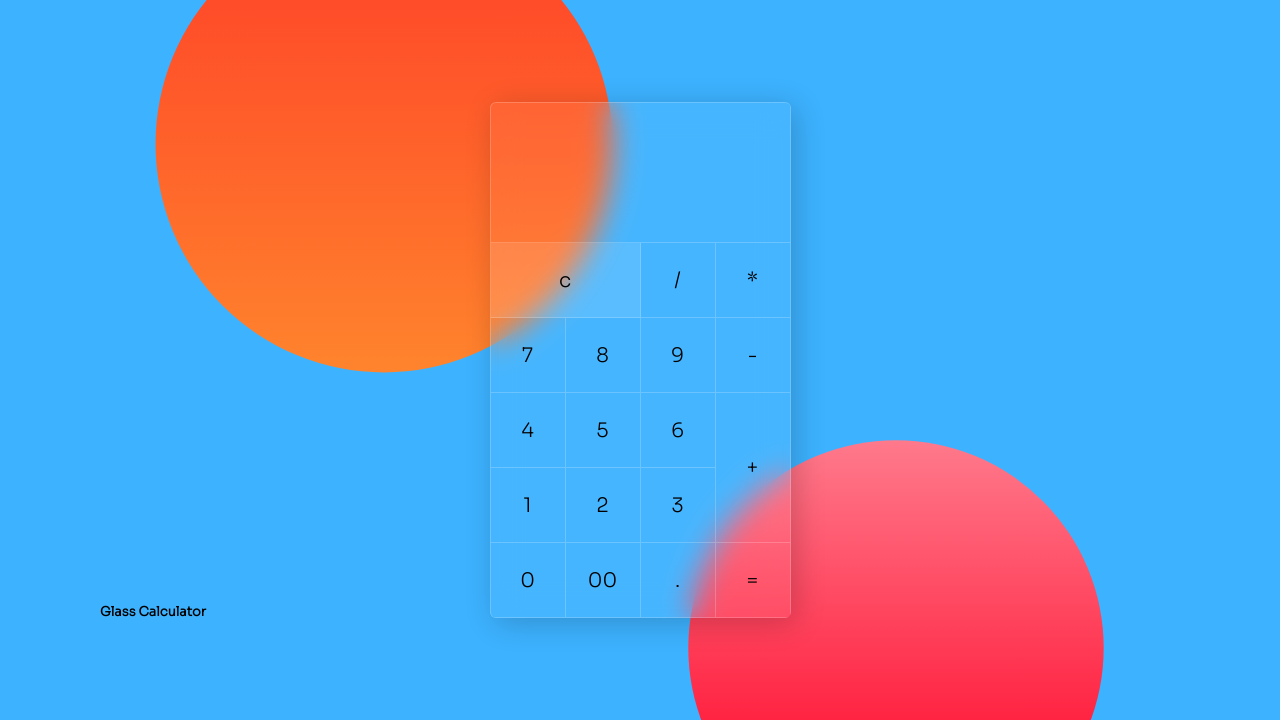
Repository: tharunkumaar404/Glass-Calci
Page: index.html
The author's editor kept a copy of each file at every save. The page is drawn from the files as they stood at one save, then again after the next save.
The browser window is 1280 px wide. The pictures show the whole page.

Above is the page before, as saved 2021-08-26 15:14:58.

### index.html
<!DOCTYPE html>
<html lang="en">
<head>
    <meta charset="UTF-8">
    <meta http-equiv="X-UA-Compatible" content="IE=edge">
    <meta name="viewport" content="width=device-width, initial-scale=1.0">
    <title>Calculator</title>
    <link rel="stylesheet" href="styles.css">
</head>
<body>
    <div class="container">
        <form class="calculator" name="calc">
            <input type="text" readonly class="value" name="txt"/>
            <span class="num clear" onclick="calc.txt.value = ''">c</span>
            <span class="num" onclick="document.calc.txt.value +='/'">/</span>
            <span class="num" onclick="document.calc.txt.value +='*'">*</span>
            <span class="num" onclick="document.calc.txt.value +='7'">7</span>
            <span class="num" onclick="document.calc.txt.value +='8'">8</span>
            <span class="num" onclick="document.calc.txt.value +='9'">9</span>
            <span class="num" onclick="document.calc.txt.value +='-'">-</span>
            <span class="num" onclick="document.calc.txt.value +='4'">4</span>
            <span class="num " onclick="document.calc.txt.value +='5'">5</span>
            <span class="num" onclick="document.calc.txt.value +='6'">6</span>
            <span class="num plus" onclick="document.calc.txt.value +='+'">+</span>
            <span class="num" onclick="document.calc.txt.value +='1'">1</span>
            <span class="num" onclick="document.calc.txt.value +='2'">2</span>
            <span class="num" onclick="document.calc.txt.value +='3'">3</span>
            <span class="num" onclick="document.calc.txt.value +='0'">0</span>
            <span class="num" onclick="document.calc.txt.value +='00'">00</span>
            <span class="num" onclick="document.calc.txt.value +='.'"">.</span>
            <span class="num equal" onclick="document.calc.txt.value =eval(calc.txt.value)">=</span>
        </form>
    </div>
    <h1>Glass Calculator</h1>
    <script type="text/javascript" src="vanilla-tilt.js"></script>
    <script type="text/javascript">
    	VanillaTilt.init(document.querySelector(".container"), {
    		max: 15,
    		speed: 400,
            glare: true,
            "max-glare":0.2,
            gyroscope:true,
    	});
    </script>
</body>
</html>

### styles.css
@import url('https://fonts.googleapis.com/css2?family=Sora:wght@300&display=swap');

*{
    margin: 0;
    padding: 0;
    box-sizing: border-box;
    font-family: 'Sora', sans-serif;
}

body{
display:flex;
justify-content: center;
align-items: center;
min-height: 100vh;
background: #3DB2FF;
}

body::before{
    content: '';
    position: absolute;
    top: 0;
    left:0;
    width: 100%;
    height:100%;
    background:linear-gradient(#FF4C29,#FFB830);
    clip-path: circle(22% at 30% 20%);
}
body::after{
    content: '';
    position: absolute;
    top: 0;
    left:0;
    width: 100%;
    height:100%;
    background:linear-gradient(#fff,#FF2442);
    clip-path: circle(20% at 70% 90%);
}

.container{
    position:relative;
    background: rgba(255,255,255,0.05);
    border-radius: 6px;
    overflow: hidden;
    z-index:10;
    backdrop-filter: blur(15px);
    border-top: 1px solid rgba(255,255,255,0.2);
    border-left:1px solid rgba(255,255,255,0.2);
    box-shadow: 5px 5px 30px rgba(0,0,0,0.2);

}

.container .calculator{
    position:relative;
    display:grid;

}

.container .calculator .value{
    grid-column: span 4;
    height: 140px;
    width:300px;
    text-align:right;
    border:none;
    outline:none;
    padding:10px;
    font-size:30px;
    background: transparent;
    color: #000;
    border-bottom: 1px solid rgba(255,255,255,0.2);
    border-right:1px solid rgba(255,255,255,0.2);


}
.container .calculator span {
    display:grid;
    place-items:center;
    height: 75px;
    width:75px;
    color:black;
    cursor:pointer;
    font-weight:400;
    font-size:20px;
    user-select:none;
    border-bottom: 1px solid rgba(255,255,255,0.2);
    border-right:1px solid rgba(255,255,255,0.2);
    transition: 0.5s;


}
.container .calculator span:hover{
    transition: 0s;
    background: rgba(255,255,255,0.2);
}

.container .calculator span:active{
    background: #3DB2FF;
    color: #F7F3E9;
    font-size: 24px;
    font-weight: 500;

}
.container .calculator .clear{
    grid-column: span 2;
    width:150px;
    background: rgba(255,255,255,0.1);
}
.container .calculator .plus{
grid-row: span 2;
height:150px;
}

h1{
    position: absolute;
    left:100px;
    bottom:100px;
    font-size: small;
}

### vanilla-tilt.js
var VanillaTilt = (function () {
'use strict';

/**
 * Created by Sergiu Șandor (micku7zu) on 1/27/2017.
 * Original idea: https://github.com/gijsroge/tilt.js
 * MIT License.
 * Version 1.7.1
 */

class VanillaTilt {
  constructor(element, settings = {}) {
    if (!(element instanceof Node)) {
      throw ("Can't initialize VanillaTilt because " + element + " is not a Node.");
    }

    this.width = null;
    this.height = null;
    this.clientWidth = null;
    this.clientHeight = null;
    this.left = null;
    this.top = null;

    // for Gyroscope sampling
    this.gammazero = null;
    this.betazero = null;
    this.lastgammazero = null;
    this.lastbetazero = null;

    this.transitionTimeout = null;
    this.updateCall = null;
    this.event = null;

    this.updateBind = this.update.bind(this);
    this.resetBind = this.reset.bind(this);

    this.element = element;
    this.settings = this.extendSettings(settings);

    this.reverse = this.settings.reverse ? -1 : 1;
    this.glare = VanillaTilt.isSettingTrue(this.settings.glare);
    this.glarePrerender = VanillaTilt.isSettingTrue(this.settings["glare-prerender"]);
    this.fullPageListening = VanillaTilt.isSettingTrue(this.settings["full-page-listening"]);
    this.gyroscope = VanillaTilt.isSettingTrue(this.settings.gyroscope);
    this.gyroscopeSamples = this.settings.gyroscopeSamples;

    this.elementListener = this.getElementListener();

    if (this.glare) {
      this.prepareGlare();
    }

    if (this.fullPageListening) {
      this.updateClientSize();
    }

    this.addEventListeners();
    this.updateInitialPosition();
  }

  static isSettingTrue(setting) {
    return setting === "" || setting === true || setting === 1;
  }

  /**
   * Method returns element what will be listen mouse events
   * @return {Node}
   */
  getElementListener() {
    if (this.fullPageListening) {
      return window.document;
    }

    if (typeof this.settings["mouse-event-element"] === "string") {
      const mouseEventElement = document.querySelector(this.settings["mouse-event-element"]);

      if (mouseEventElement) {
        return mouseEventElement;
      }
    }

    if (this.settings["mouse-event-element"] instanceof Node) {
      return this.settings["mouse-event-element"];
    }

    return this.element;
  }

  /**
   * Method set listen methods for this.elementListener
   * @return {Node}
   */
  addEventListeners() {
    this.onMouseEnterBind = this.onMouseEnter.bind(this);
    this.onMouseMoveBind = this.onMouseMove.bind(this);
    this.onMouseLeaveBind = this.onMouseLeave.bind(this);
    this.onWindowResizeBind = this.onWindowResize.bind(this);
    this.onDeviceOrientationBind = this.onDeviceOrientation.bind(this);

    this.elementListener.addEventListener("mouseenter", this.onMouseEnterBind);
    this.elementListener.addEventListener("mouseleave", this.onMouseLeaveBind);
    this.elementListener.addEventListener("mousemove", this.onMouseMoveBind);

    if (this.glare || this.fullPageListening) {
      window.addEventListener("resize", this.onWindowResizeBind);
    }

    if (this.gyroscope) {
      window.addEventListener("deviceorientation", this.onDeviceOrientationBind);
    }
  }

  /**
   * Method remove event listeners from current this.elementListener
   */
  removeEventListeners() {
    this.elementListener.removeEventListener("mouseenter", this.onMouseEnterBind);
    this.elementListener.removeEventListener("mouseleave", this.onMouseLeaveBind);
    this.elementListener.removeEventListener("mousemove", this.onMouseMoveBind);

    if (this.gyroscope) {
      window.removeEventListener("deviceorientation", this.onDeviceOrientationBind);
    }

    if (this.glare || this.fullPageListening) {
      window.removeEventListener("resize", this.onWindowResizeBind);
    }
  }

  destroy() {
    clearTimeout(this.transitionTimeout);
    if (this.updateCall !== null) {
      cancelAnimationFrame(this.updateCall);
    }

    this.reset();

    this.removeEventListeners();
    this.element.vanillaTilt = null;
    delete this.element.vanillaTilt;

    this.element = null;
  }

  onDeviceOrientation(event) {
    if (event.gamma === null || event.beta === null) {
      return;
    }

    this.updateElementPosition();

    if (this.gyroscopeSamples > 0) {
      this.lastgammazero = this.gammazero;
      this.lastbetazero = this.betazero;

      if (this.gammazero === null) {
        this.gammazero = event.gamma;
        this.betazero = event.beta;
      } else {
        this.gammazero = (event.gamma + this.lastgammazero) / 2;
        this.betazero = (event.beta + this.lastbetazero) / 2;
      }

      this.gyroscopeSamples -= 1;
    }

    const totalAngleX = this.settings.gyroscopeMaxAngleX - this.settings.gyroscopeMinAngleX;
    const totalAngleY = this.settings.gyroscopeMaxAngleY - this.settings.gyroscopeMinAngleY;

    const degreesPerPixelX = totalAngleX / this.width;
    const degreesPerPixelY = totalAngleY / this.height;

    const angleX = event.gamma - (this.settings.gyroscopeMinAngleX + this.gammazero);
    const angleY = event.beta - (this.settings.gyroscopeMinAngleY + this.betazero);

    const posX = angleX / degreesPerPixelX;
    const posY = angleY / degreesPerPixelY;

    if (this.updateCall !== null) {
      cancelAnimationFrame(this.updateCall);
    }

    this.event = {
      clientX: posX + this.left,
      clientY: posY + this.top,
    };

    this.updateCall = requestAnimationFrame(this.updateBind);
  }

  onMouseEnter() {
    this.updateElementPosition();
    this.element.style.willChange = "transform";
    this.setTransition();
  }

  onMouseMove(event) {
    if (this.updateCall !== null) {
      cancelAnimationFrame(this.updateCall);
    }

    this.event = event;
    this.updateCall = requestAnimationFrame(this.updateBind);
  }

  onMouseLeave() {
    this.setTransition();

    if (this.settings.reset) {
      requestAnimationFrame(this.resetBind);
    }
  }

  reset() {
    this.event = {
      clientX: this.left + this.width / 2,
      clientY: this.top + this.height / 2
    };

    if (this.element && this.element.style) {
      this.element.style.transform = `perspective(${this.settings.perspective}px) ` +
        `rotateX(0deg) ` +
        `rotateY(0deg) ` +
        `scale3d(1, 1, 1)`;
    }

    this.resetGlare();
  }

  resetGlare() {
    if (this.glare) {
      this.glareElement.style.transform = "rotate(180deg) translate(-50%, -50%)";
      this.glareElement.style.opacity = "0";
    }
  }

  updateInitialPosition() {
    if (this.settings.startX === 0 && this.settings.startY === 0) {
      return;
    }

    this.onMouseEnter();

    if (this.fullPageListening) {
      this.event = {
        clientX: (this.settings.startX + this.settings.max) / (2 * this.settings.max) * this.clientWidth,
        clientY: (this.settings.startY + this.settings.max) / (2 * this.settings.max) * this.clientHeight
      };
    } else {
      this.event = {
        clientX: this.left + ((this.settings.startX + this.settings.max) / (2 * this.settings.max) * this.width),
        clientY: this.top + ((this.settings.startY + this.settings.max) / (2 * this.settings.max) * this.height)
      };
    }


    let backupScale = this.settings.scale;
    this.settings.scale = 1;
    this.update();
    this.settings.scale = backupScale;
    this.resetGlare();
  }

  getValues() {
    let x, y;

    if (this.fullPageListening) {
      x = this.event.clientX / this.clientWidth;
      y = this.event.clientY / this.clientHeight;
    } else {
      x = (this.event.clientX - this.left) / this.width;
      y = (this.event.clientY - this.top) / this.height;
    }

    x = Math.min(Math.max(x, 0), 1);
    y = Math.min(Math.max(y, 0), 1);

    let tiltX = (this.reverse * (this.settings.max - x * this.settings.max * 2)).toFixed(2);
    let tiltY = (this.reverse * (y * this.settings.max * 2 - this.settings.max)).toFixed(2);
    let angle = Math.atan2(this.event.clientX - (this.left + this.width / 2), -(this.event.clientY - (this.top + this.height / 2))) * (180 / Math.PI);

    return {
      tiltX: tiltX,
      tiltY: tiltY,
      percentageX: x * 100,
      percentageY: y * 100,
      angle: angle
    };
  }

  updateElementPosition() {
    let rect = this.element.getBoundingClientRect();

    this.width = this.element.offsetWidth;
    this.height = this.element.offsetHeight;
    this.left = rect.left;
    this.top = rect.top;
  }

  update() {
    let values = this.getValues();

    this.element.style.transform = "perspective(" + this.settings.perspective + "px) " +
      "rotateX(" + (this.settings.axis === "x" ? 0 : values.tiltY) + "deg) " +
      "rotateY(" + (this.settings.axis === "y" ? 0 : values.tiltX) + "deg) " +
      "scale3d(" + this.settings.scale + ", " + this.settings.scale + ", " + this.settings.scale + ")";

    if (this.glare) {
      this.glareElement.style.transform = `rotate(${values.angle}deg) translate(-50%, -50%)`;
      this.glareElement.style.opacity = `${values.percentageY * this.settings["max-glare"] / 100}`;
    }

    this.element.dispatchEvent(new CustomEvent("tiltChange", {
      "detail": values
    }));

    this.updateCall = null;
  }

  /**
   * Appends the glare element (if glarePrerender equals false)
   * and sets the default style
   */
  prepareGlare() {
    // If option pre-render is enabled we assume all html/css is present for an optimal glare effect.
    if (!this.glarePrerender) {
      // Create glare element
      const jsTiltGlare = document.createElement("div");
      jsTiltGlare.classList.add("js-tilt-glare");

      const jsTiltGlareInner = document.createElement("div");
      jsTiltGlareInner.classList.add("js-tilt-glare-inner");

      jsTiltGlare.appendChild(jsTiltGlareInner);
      this.element.appendChild(jsTiltGlare);
    }

    this.glareElementWrapper = this.element.querySelector(".js-tilt-glare");
    this.glareElement = this.element.querySelector(".js-tilt-glare-inner");

    if (this.glarePrerender) {
      return;
    }

    Object.assign(this.glareElementWrapper.style, {
      "position": "absolute",
      "top": "0",
      "left": "0",
      "width": "100%",
      "height": "100%",
      "overflow": "hidden",
      "pointer-events": "none"
    });

    Object.assign(this.glareElement.style, {
      "position": "absolute",
      "top": "50%",
      "left": "50%",
      "pointer-events": "none",
      "background-image": `linear-gradient(0deg, rgba(255,255,255,0) 0%, rgba(255,255,255,1) 100%)`,
      "width": `${this.element.offsetWidth * 2}px`,
      "height": `${this.element.offsetWidth * 2}px`,
      "transform": "rotate(180deg) translate(-50%, -50%)",
      "transform-origin": "0% 0%",
      "opacity": "0",
    });
  }

  updateGlareSize() {
    if (this.glare) {
      Object.assign(this.glareElement.style, {
        "width": `${this.element.offsetWidth * 2}`,
        "height": `${this.element.offsetWidth * 2}`,
      });
    }
  }

  updateClientSize() {
    this.clientWidth = window.innerWidth
      || document.documentElement.clientWidth
      || document.body.clientWidth;

    this.clientHeight = window.innerHeight
      || document.documentElement.clientHeight
      || document.body.clientHeight;
  }

  onWindowResize() {
    this.updateGlareSize();
    this.updateClientSize();
  }

  setTransition() {
    clearTimeout(this.transitionTimeout);
    this.element.style.transition = this.settings.speed + "ms " + this.settings.easing;
    if (this.glare) this.glareElement.style.transition = `opacity ${this.settings.speed}ms ${this.settings.easing}`;

    this.transitionTimeout = setTimeout(() => {
      this.element.style.transition = "";
      if (this.glare) {
        this.glareElement.style.transition = "";
      }
    }, this.settings.speed);

  }

  /**
   * Method return patched settings of instance
   * @param {boolean} settings.reverse - reverse the tilt direction
   * @param {number} settings.max - max tilt rotation (degrees)
   * @param {startX} settings.startX - the starting tilt on the X axis, in degrees. Default: 0
   * @param {startY} settings.startY - the starting tilt on the Y axis, in degrees. Default: 0
   * @param {number} settings.perspective - Transform perspective, the lower the more extreme the tilt gets
   * @param {string} settings.easing - Easing on enter/exit
   * @param {number} settings.scale - 2 = 200%, 1.5 = 150%, etc..
   * @param {number} settings.speed - Speed of the enter/exit transition
   * @param {boolean} settings.transition - Set a transition on enter/exit
   * @param {string|null} settings.axis - What axis should be disabled. Can be X or Y
   * @param {boolean} settings.glare - What axis should be disabled. Can be X or Y
   * @param {number} settings.max-glare - the maximum "glare" opacity (1 = 100%, 0.5 = 50%)
   * @param {boolean} settings.glare-prerender - false = VanillaTilt creates the glare elements for you, otherwise
   * @param {boolean} settings.full-page-listening - If true, parallax effect will listen to mouse move events on the whole document, not only the selected element
   * @param {string|object} settings.mouse-event-element - String selector or link to HTML-element what will be listen mouse events
   * @param {boolean} settings.reset - false = If the tilt effect has to be reset on exit
   * @param {gyroscope} settings.gyroscope - Enable tilting by deviceorientation events
   * @param {gyroscopeSensitivity} settings.gyroscopeSensitivity - Between 0 and 1 - The angle at which max tilt position is reached. 1 = 90deg, 0.5 = 45deg, etc..
   * @param {gyroscopeSamples} settings.gyroscopeSamples - How many gyroscope moves to decide the starting position.
   */
  extendSettings(settings) {
    let defaultSettings = {
      reverse: false,
      max: 15,
      startX: 0,
      startY: 0,
      perspective: 1000,
      easing: "cubic-bezier(.03,.98,.52,.99)",
      scale: 1,
      speed: 300,
      transition: true,
      axis: null,
      glare: false,
      "max-glare": 1,
      "glare-prerender": false,
      "full-page-listening": false,
      "mouse-event-element": null,
      reset: true,
      gyroscope: true,
      gyroscopeMinAngleX: -45,
      gyroscopeMaxAngleX: 45,
      gyroscopeMinAngleY: -45,
      gyroscopeMaxAngleY: 45,
      gyroscopeSamples: 10
    };

    let newSettings = {};
    for (var property in defaultSettings) {
      if (property in settings) {
        newSettings[property] = settings[property];
      } else if (this.element.hasAttribute("data-tilt-" + property)) {
        let attribute = this.element.getAttribute("data-tilt-" + property);
        try {
          newSettings[property] = JSON.parse(attribute);
        } catch (e) {
          newSettings[property] = attribute;
        }

      } else {
        newSettings[property] = defaultSettings[property];
      }
    }

    return newSettings;
  }

  static init(elements, settings) {
    if (elements instanceof Node) {
      elements = [elements];
    }

    if (elements instanceof NodeList) {
      elements = [].slice.call(elements);
    }

    if (!(elements instanceof Array)) {
      return;
    }

    elements.forEach((element) => {
      if (!("vanillaTilt" in element)) {
        element.vanillaTilt = new VanillaTilt(element, settings);
      }
    });
  }
}

if (typeof document !== "undefined") {
  /* expose the class to window */
  window.VanillaTilt = VanillaTilt;

  /**
   * Auto load
   */
  VanillaTilt.init(document.querySelectorAll("[data-tilt]"));
}

return VanillaTilt;

}());

After the next save:
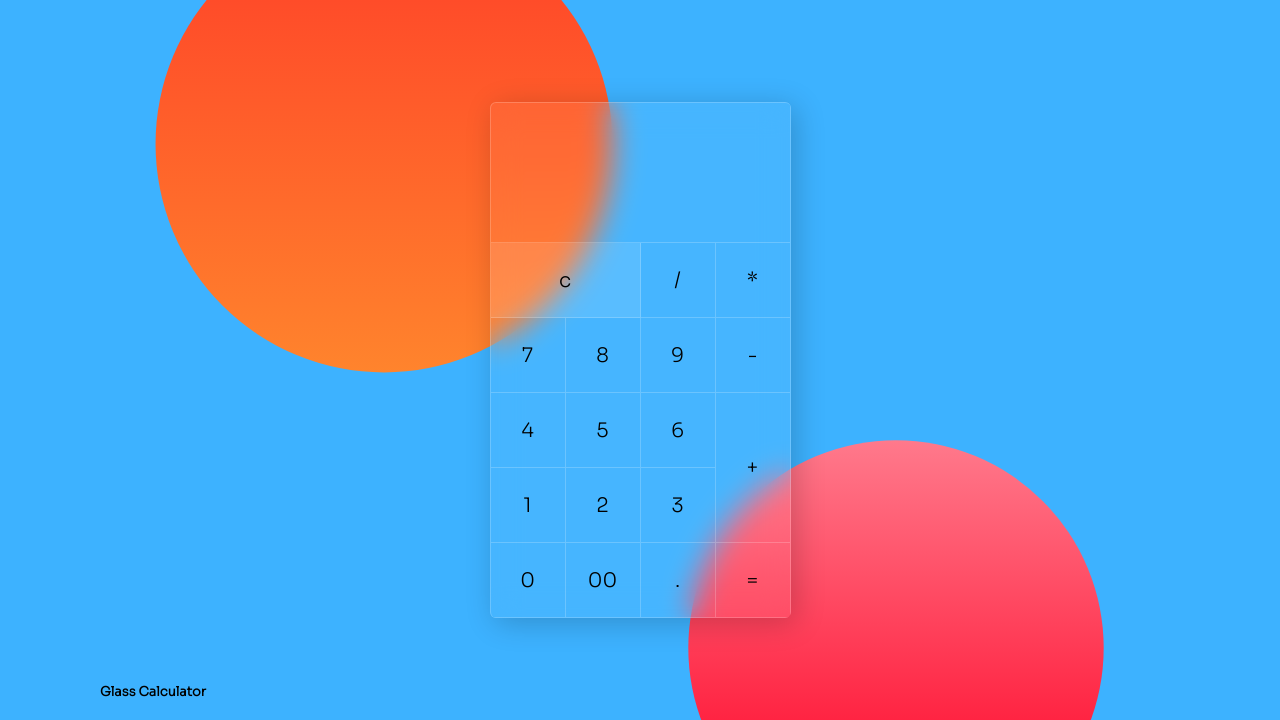
Saved 4 s later.
--- a/styles.css
+++ b/styles.css
@@ -112,6 +112,6 @@ height:150px;
 h1{
     position: absolute;
     left:100px;
-    bottom:100px;
+    bottom:20px;
     font-size: small;
 }
